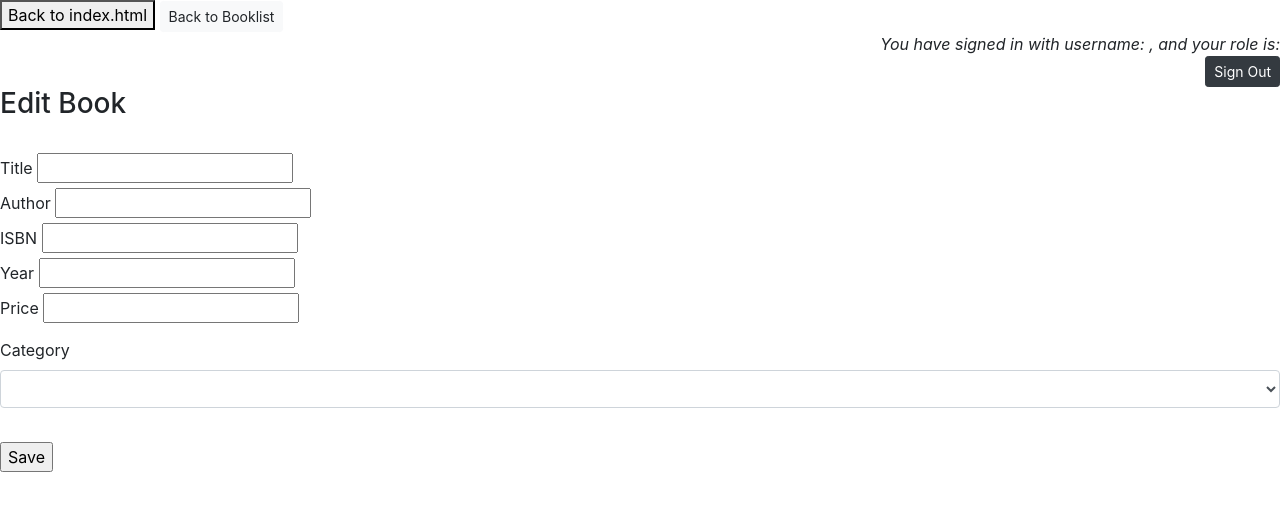
Repository: LiljestromNadja/Backend_s2023_harjoitustyo
Page: http://localhost/editArticle
An editor plug-in stored every save of this project. The page is shown before and after the next save, followed by the edit.
The browser window is 1280 px wide. The pictures show the whole page.
The page is this project's Thymeleaf template; nobody is signed in. The template is opened directly, without the code that normally fills it, so the values that code supplies are empty.

Above is the page before, as saved 2023-11-09 19:12:02.

### harkkas23v01/src/main/resources/templates/editArticle.html
<!DOCTYPE HTML>
<html xmlns:th="http://www.thymeleaf.org">
<head>
    <title>Edit</title>
    <meta http-equiv="Content-Type" content="text/html; charset=UTF-8" />
    <!-- Bootstrap-linkki vaihdettu tähän 04-10-2023 -->
<link rel="stylesheet" href="https://cdn.jsdelivr.net/npm/bootstrap@4.0.0/dist/css/bootstrap.min.css" integrity="sha384-Gn5384xqQ1aoWXA+058RXPxPg6fy4IWvTNh0E263XmFcJlSAwiGgFAW/dAiS6JXm" crossorigin="anonymous"> <!-- Lisättiin tyyli, bootstrap 4.0 -->
<!-- Lisättiin tyyli, bootstrap 4.0 -->
</head>
<body>
		<a href="/index"><button>Back to index.html</button></a>
				<a href="/booklist"><button
				class="text-left btn btn-light btn-sm">Back to Booklist</button></a>
	<div class="text-right">
		<i>You have signed in with username: <b sec:authentication="name"></b>,
			and your role is: <b sec:authentication="principal.authorities"></b>
		</i>
		</br>
		<form class="text-right" th:action="@{/logout}" method="post">
			<input type="submit" value="Sign Out" class="btn btn-sm btn-dark" />
		</form>
	</div>

	<h3>Edit Book</h3>
	</br>
	<div>
	<form th:object="${book}" th:action="@{../save}" action="#" method="post"> <!-- Tässä menee @{/save} -->

		  	<input type="hidden" id="id" th:field="*{id}" /><!-- muokatessa id:n täytyy mennä mukana backendin puolelle, ettei luoda uutta bookia -->
		  	<div>
		  	<label>Title</label>
			<input type="text" th:field="*{title}" />
			</div>
			<div>
		  	<label>Author</label>
		  	<input type="text" th:field="*{author}" />
			</div>
			<div>
		  	<label>ISBN</label>
			<input type="text" th:field="*{isbn}" />
			</div>
			<div>
		  	<label>Year</label>
			<input type="number" th:field="*{publicationYear}" />
			</div>
			<div>
		  	<label>Price</label>
			<input type="number" th:field="*{price}" step="0.01"  />
			</div>
			<div style="clear: both; display: block; height: 10px;"></div>
		  	<label for="catlist">Category</label>
			 <select id="catlist" th:field="*{category}" class="form-control">
       			<option th:each="category: ${categories}" th:value="${category.categoryid}" th:text="${category.name}"></option>
    		</select>
 	  		<div>
<!--		<label>User id</label> <!--book.applicationuserid kulkee piilossa -->
			<input type="hidden" th:field="*{applicationuser.id}" />
			</div>
     		<div style="clear: both; display: block; height: 10px;"></div>

<!-- 		<label for="appuserlist">User</label><!-- Lisätty 20102023, käyttäjien listaus, jos on tarkoitus päästä muokkaan kirjan lisääjää muista muuttaa myös Controller -->
<!--  		<select id="appuserlist" th:field="*{applicationuser}" class="form-control">
       			<option th:each="applicationuser: ${applicationusers}" th:value="${applicationuser.id}" th:text="${applicationuser.username}"></option>
    		</select> -->
			<br>

			<input type="submit" value="Save"></input>
		</form>

	</div>


</body>
</html>

After the next save:
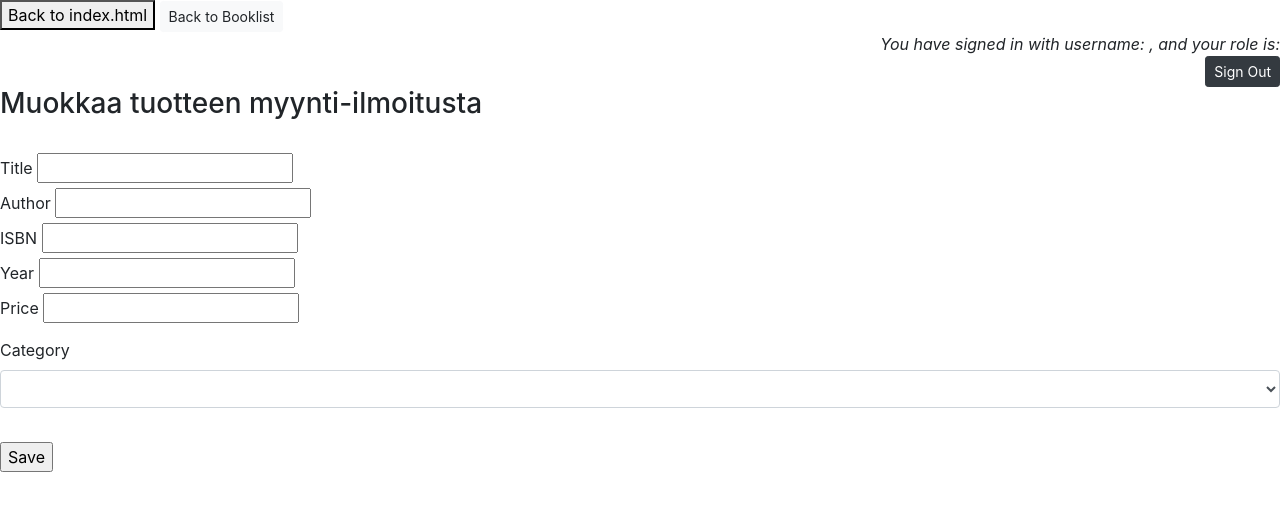
Saved 53 s later.
--- a/harkkas23v01/src/main/resources/templates/editArticle.html
+++ b/harkkas23v01/src/main/resources/templates/editArticle.html
@@ -1,7 +1,7 @@
 <!DOCTYPE HTML>
 <html xmlns:th="http://www.thymeleaf.org">
 <head>
-    <title>Edit</title>
+    <title>Muokkaa ilmoitusta</title>
     <meta http-equiv="Content-Type" content="text/html; charset=UTF-8" />
     <!-- Bootstrap-linkki vaihdettu tähän 04-10-2023 -->
 <link rel="stylesheet" href="https://cdn.jsdelivr.net/npm/bootstrap@4.0.0/dist/css/bootstrap.min.css" integrity="sha384-Gn5384xqQ1aoWXA+058RXPxPg6fy4IWvTNh0E263XmFcJlSAwiGgFAW/dAiS6JXm" crossorigin="anonymous"> <!-- Lisättiin tyyli, bootstrap 4.0 -->
@@ -21,7 +21,7 @@
 		</form>
 	</div>
 
-	<h3>Edit Book</h3>
+	<h3>Muokkaa tuotteen myynti-ilmoitusta</h3>
 	</br>
 	<div>
 	<form th:object="${book}" th:action="@{../save}" action="#" method="post"> <!-- Tässä menee @{/save} -->
